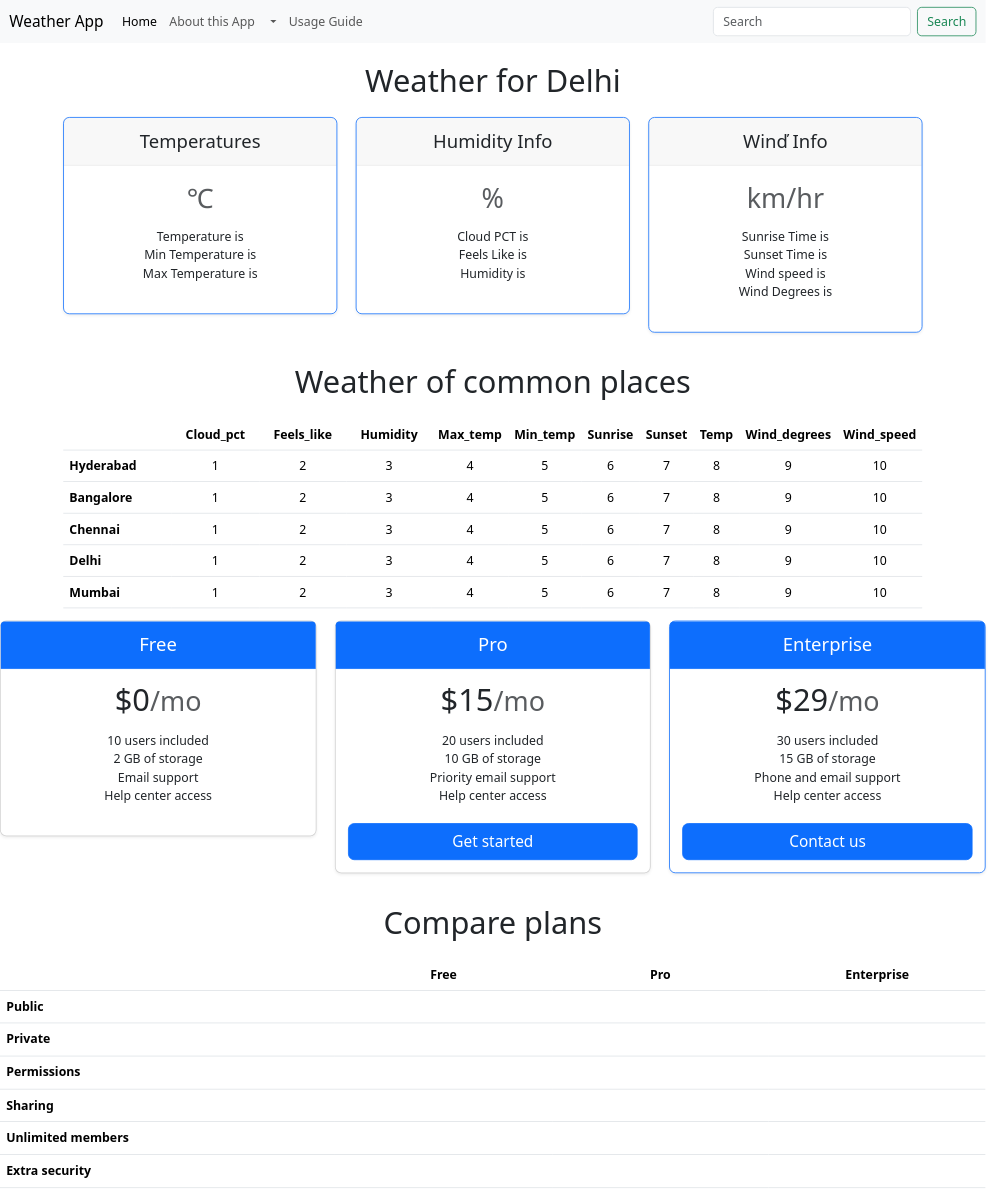
Repository: Abhilash2909/weather
Page: index.html
The author's editor kept a copy of each file at every save. The page is drawn from the files as they stood at one save, then again after the next save.
The browser window is 1280 px wide. The page is 1292 px wide, so the pictures cover 1292 px, including what lies to the right of the window. The pictures show the whole page, at 77% of full size.
The page's requests for data from a server got no answer.

Above is the page before, as saved 2024-02-11 17:04:31.

After the next save:
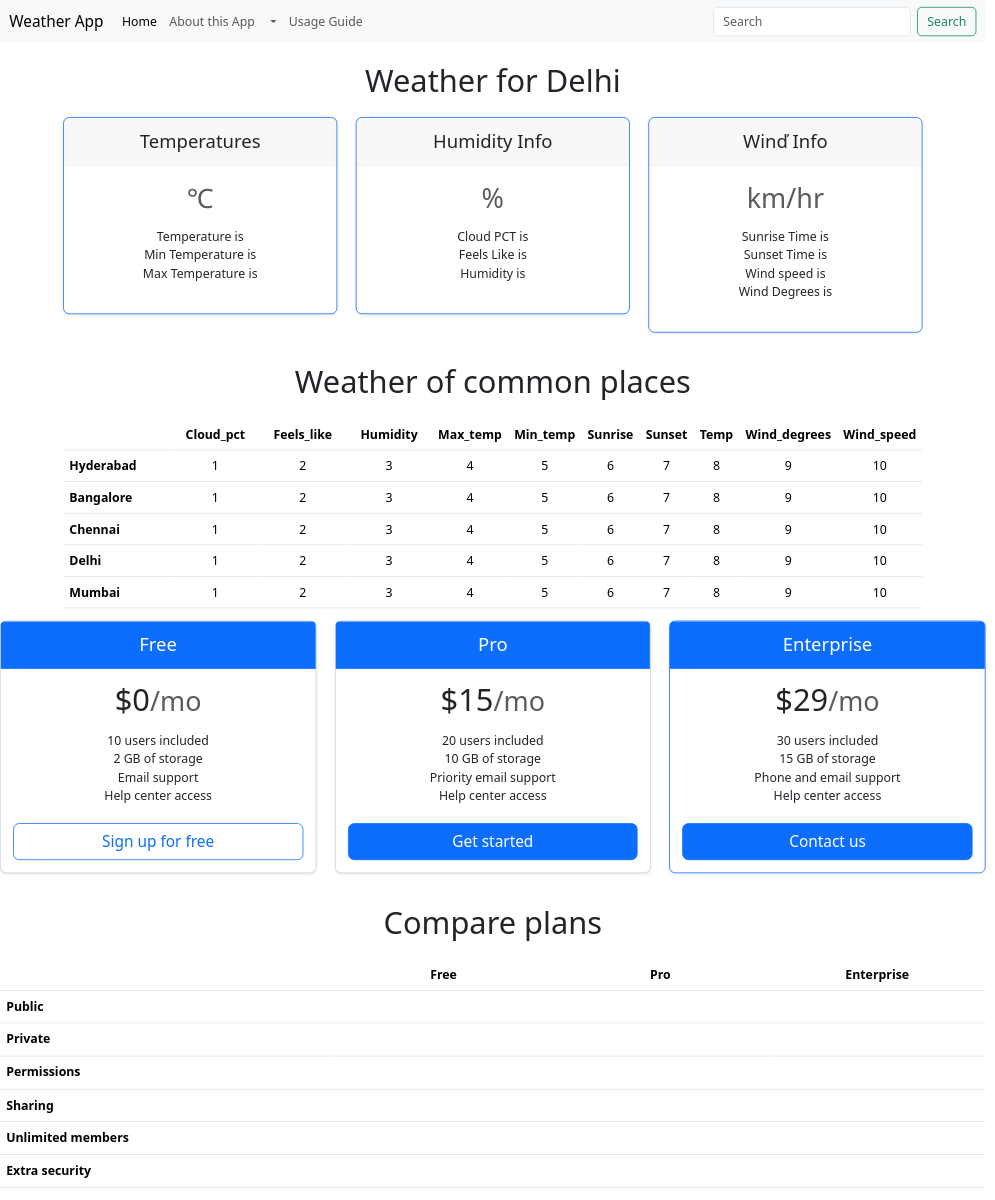
Saved 6 s later.
--- a/index.html
+++ b/index.html
@@ -211,7 +211,7 @@
             <li>Email support</li>
             <li>Help center access</li>
           </ul>
-          <!-- <button type="button" class="w-100 btn btn-lg btn-outline-primary">Sign up for free</button> -->
+          <button type="button" class="w-100 btn btn-lg btn-outline-primary">Sign up for free</button>
         </div>
       </div>
     </div>
